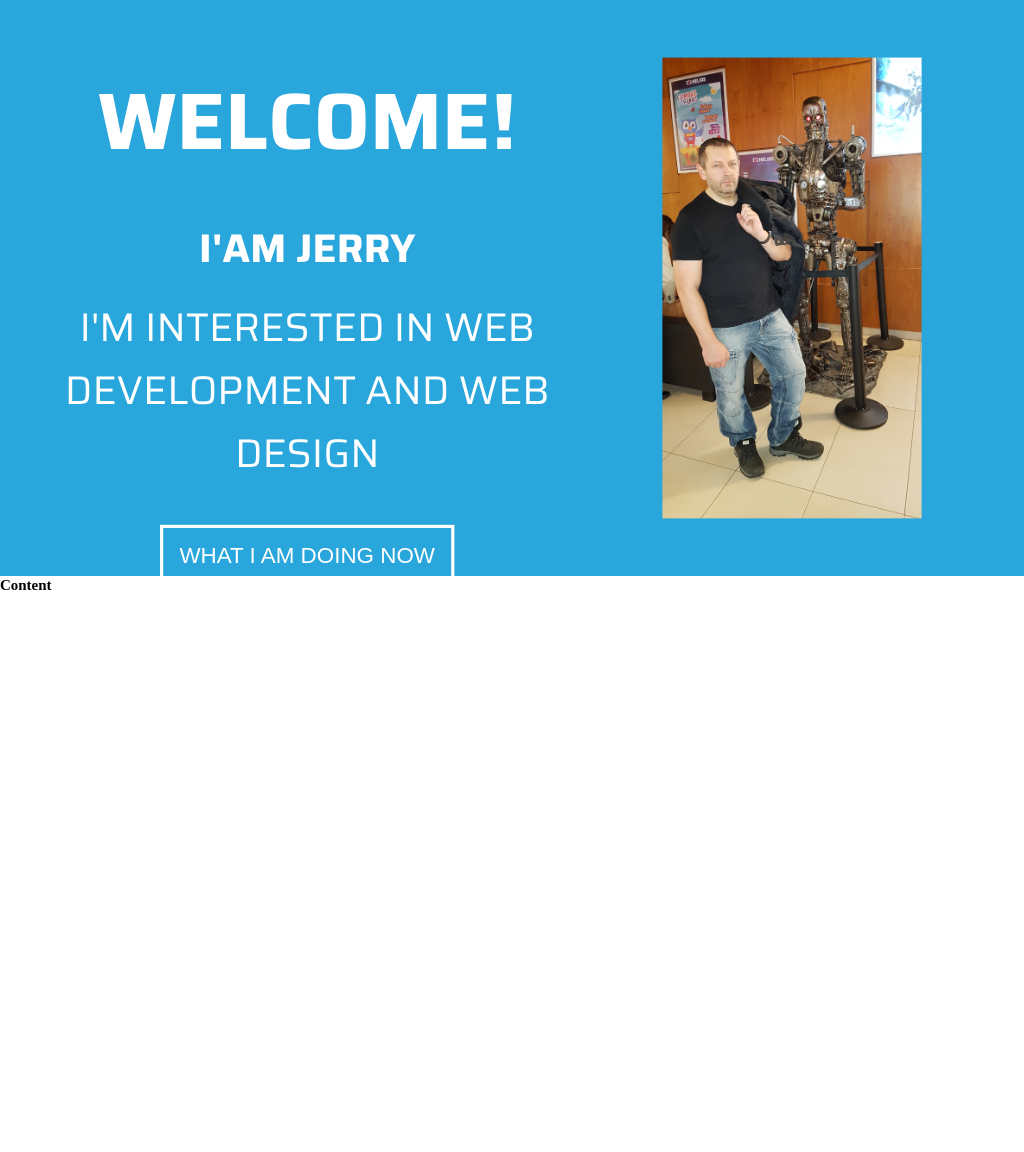
Repository: navanweb/dev
Page: jerry.html
These files come from the project's save history. The page is drawn as it stood at one moment and after the next save; the edit follows.
The browser window is 1280 px wide. The pictures show the whole page, at 80% of full size.

Above is the page before, as saved 2019-04-06 23:25:06.

### jerry.html
<!DOCTYPE html>
<html>

<head>
  <meta charset="UTF-8">
  <meta name="viewport" content="width=device-width, initial-scale=1.0">
  <meta http-equiv="X-UA-Compatible" content="ie=edge">
  <title>Jerry</title>
  <link href="https://fonts.googleapis.com/css?family=Saira:400,700" rel="stylesheet">
  <link rel="stylesheet" type="text/css" href="css/jerry.css">
</head>

<body>
  <header>
    <div class="welcome">
      <p>welcome!</p>
      <h1>I'am Jerry</h1>
      <h2>I'm interested in web development and web design</h2>
      <a href="#"><button>what I am doing now</button></a>
    </div>
    <img src="images/jerry.jpg" alt="Jerry photo PCWitcher">
  </header>
  <h3>Content</h3>
</body>

</html>

### css/jerry.css
/* font-family: 'Saira', sans-serif; */

* {
    margin: 0;
    padding: 0;
    box-sizing: border-box;
}

header {
    position: relative;
    background-color: #29a6dc;
    height: 100vh;
    overflow: hidden;
    /* max-width: 1920px; */
    margin: 0 auto;
}

header>* {
    position: absolute;
}

header img {
    position: absolute;
    height: 50%;
    bottom: 2%;
    right: 25%;
    /* transform: translateX(50%); */
}

header div.welcome {
    z-index: 1;
    top: 5%;
    left: 5%;
    right: 5%;
    text-align: center;
    font-family: 'Saira', sans-serif;
    font-weight: bold;
    font-size: 35px;
    color: white;
    text-transform: uppercase;
}


header h1 {
    font-size: 20px;
    margin-top: 15px;
}

header h2 {
    font-size: 15px;
    font-weight: 400;
}

header button {
    line-height: 32px;
    padding: 0 20px;
    text-transform: uppercase;
    color: white;
    background-color: transparent;
    font-size: 12px;
    border: 2px solid white;
}

/* Orientation Portrait */

@media (orientation:portrait) and (min-width: 360px) {
    header h1 {
        font-size: 24px;
    }

    header h2 {
        font-size: 20px;
    }

    header button {
        margin-top: 30px;
        line-height: 40px;
        font-size: 16px;
    }
}

/* Iphone X  portrait */

@media (orientation:portrait) and (min-width: 375px) {
    header img {
        /* transform: translate(33%, -10%); */
        right: 20%;
        bottom: 10%;
    }
}

@media (orientation:portrait) and (min-width: 410px) {
    header h1 {
        font-size: 26px;
    }

    header h2 {
        font-size: 26px;
    }

    header button {
        margin-top: 10px;
        line-height: 50px;
        font-size: 20px;
    }

    header img {
        right: 25%;
        bottom: 2%;
    }
}

@media (orientation:portrait) and (min-width: 768px) {
    header p {
        font-size: 55px;
    }

    header h1 {
        font-size: 36px;
    }

    header h2 {
        margin-top: 2%;
        font-size: 36px;
    }

    header button {
        margin-top: 30px;
        line-height: 60px;
        font-size: 26px;
    }

    header img {
        /* transform: translate(85%, -10%); */
        right: 31%;
        bottom: 2%;

    }
}

/* Orientation landcape */

@media (orientation:landscape) {
    header img {
        height: 80%;
        /* transform: translate(250%, -10%); */
        bottom: 10%;
        right: 10%;
    }

    header div.welcome {
        top: 10%;
        left: 5%;
        right: 45%;
    }
}

@media (orientation: landscape) and (min-width:640px) {
    header h1 {
        font-size: 24px;
    }

    header h2 {
        font-size: 24px;
    }

    header button {
        font-size: 16px;
        line-height: 40px;
    }
}

/* Iphone X landscape */

@media (orientation: landscape) and (min-width:812px) {
    header h2 {
        margin-top: 20px;
    }

    header img {
        /* transform: translate(320%, -10%); */
        right: 10%;
        bottom: 10%;
    }

    header button {
        margin-top: 30px;
        font-size: 20px;
        line-height: 45px;
    }
}

@media (orientation: landscape) and (min-width:1024px) {
    header p {
        font-size: 56px;
    }

    header h1 {
        margin-top: 40px;
        font-size: 40px;
    }

    header h2 {
        font-size: 40px;
    }

    header button {
        margin-top: 80px;
        font-size: 28px;
        line-height: 70px;
    }

    header img {
        /* transform: translate(180%, -13%); */
        right: 5%;
        bottom: 10%;
    }
}

@media (orientation: landscape) and (min-width:1280px) {
    header p {
        font-size: 100px;
    }

    header h1 {
        margin-top: 40px;
        font-size: 50px;
    }

    header h2 {
        font-size: 50px;
    }

    header button {
        margin-top: 50px;
        font-size: 28px;
        line-height: 70px;
        border-width: 4px;
    }

    header img {
        /* transform: translate(250%, -13%); */
        right: 10%;
    }
}

h3 {
    height: 100vh;
}

After the next save:
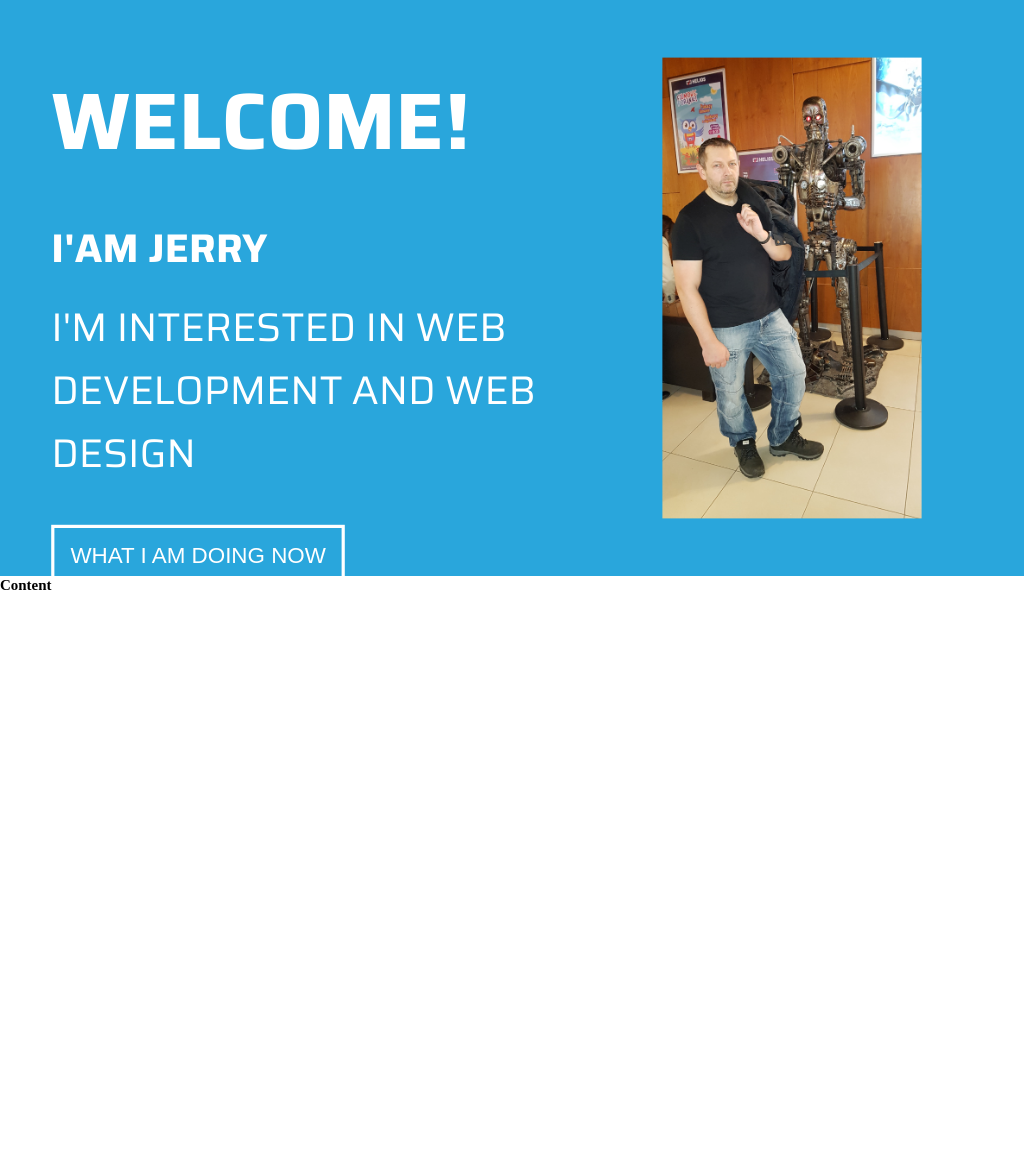
Saved 96 s later.
--- a/css/jerry.css
+++ b/css/jerry.css
@@ -218,6 +218,10 @@ header button {
 }
 
 @media (orientation: landscape) and (min-width:1280px) {
+    header div.welcome {
+        text-align: left;
+    }
+
     header p {
         font-size: 100px;
     }
